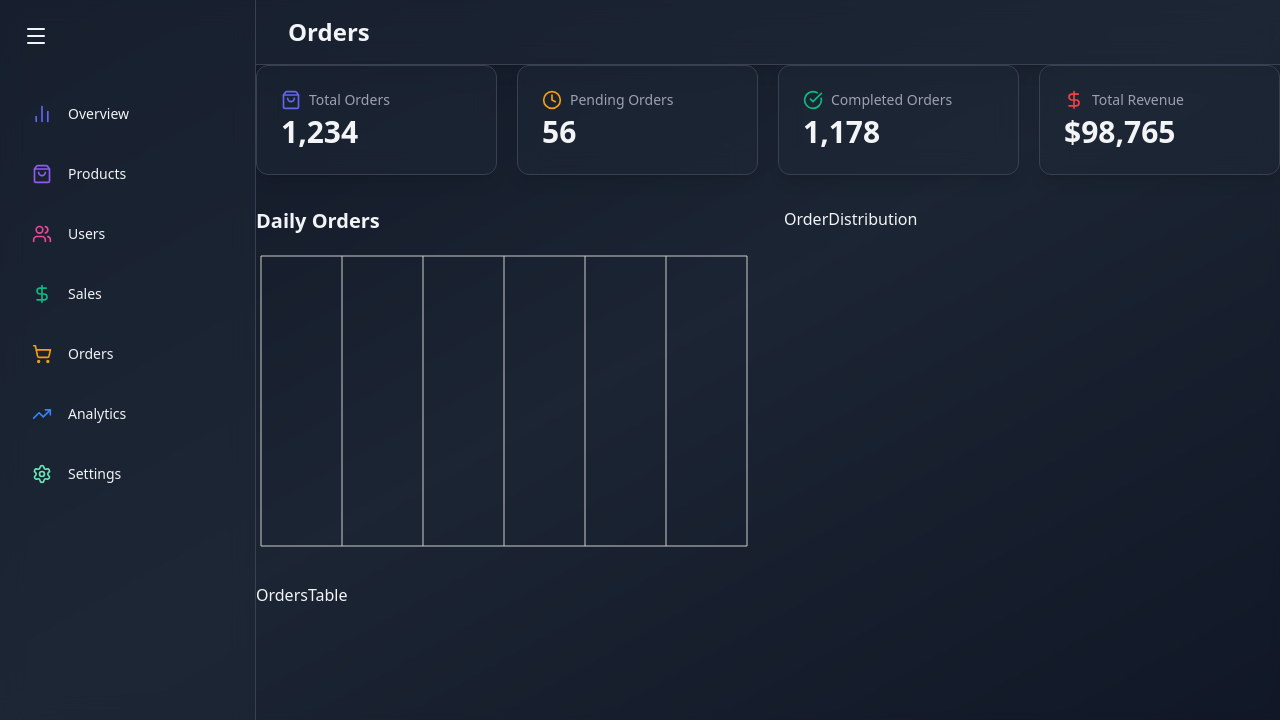
Repository: Abdirabi11/React-dashboard
Page: /orders
These files come from the project's save history. The page is drawn as it stood at one moment and after the next save; the edit follows.
The browser window is 1280 px wide. The pictures show the whole page.
The project was rebuilt for these pictures with package versions that can differ from the ones it lists, and the page was loaded fresh each time. Also part of the build but not shown: vite.config.js, src/components/overview/SalesOverviewChart.jsx, src/components/overview/CategoryDistributionChart.jsx, src/components/overview/SalesChannelChart.jsx, src/pages/OverviewPage.jsx, src/components/products/SalesTrendChart.jsx, src/components/products/ProductsTable.jsx, src/pages/ProductsPage.jsx and 11 more.

Above is the page before, as saved 2025-07-19 10:51:41.

### src/components/common/Sidebar.jsx
import { BarChart2, DollarSign, Menu, Settings, ShoppingBag, ShoppingCart, TrendingUp, Users } from "lucide-react";
import { useState } from "react";
import { AnimatePresence, motion } from "framer-motion";
import { Link } from "react-router-dom";

const SIDEBAR_ITEMS = [
	{
		name: "Overview",
		icon: BarChart2,
		color: "#6366f1",
		href: "/",
	},
	{ name: "Products", icon: ShoppingBag, color: "#8B5CF6", href: "/products" },
	{ name: "Users", icon: Users, color: "#EC4899", href: "/users" },
	{ name: "Sales", icon: DollarSign, color: "#10B981", href: "/sales" },
	{ name: "Orders", icon: ShoppingCart, color: "#F59E0B", href: "/orders" },
	{ name: "Analytics", icon: TrendingUp, color: "#3B82F6", href: "/analytics" },
	{ name: "Settings", icon: Settings, color: "#6EE7B7", href: "/settings" },
];

const Sidebar = () => {
	const [isSidebarOpen, setIsSidebarOpen] = useState(true);

	return (
		<motion.div
			className={`relative z-10 transition-all duration-300 ease-in-out flex-shrink-0 ${
				isSidebarOpen ? "w-64" : "w-20"
			}`}
			animate={{ width: isSidebarOpen ? 256 : 80 }}
		>
			<div className='h-full bg-gray-800 bg-opacity-50 backdrop-blur-md p-4 flex flex-col border-r border-gray-700'>
				<motion.button
					whileHover={{ scale: 1.1 }}
					whileTap={{ scale: 0.9 }}
					onClick={() => setIsSidebarOpen(!isSidebarOpen)}
					className='p-2 rounded-full hover:bg-gray-700 transition-colors max-w-fit'
				>
					<Menu size={24} />
				</motion.button>

				<nav className='mt-8 flex-grow'>
					{SIDEBAR_ITEMS.map((item) => (
						<Link key={item.href} to={item.href}>
							<motion.div className='flex items-center p-4 text-sm font-medium rounded-lg hover:bg-gray-700 transition-colors mb-2'>
								<item.icon size={20} style={{ color: item.color, minWidth: "20px" }} />
								<AnimatePresence>
									{isSidebarOpen && (
										<motion.span
											className='ml-4 whitespace-nowrap'
											initial={{ opacity: 0, width: 0 }}
											animate={{ opacity: 1, width: "auto" }}
											exit={{ opacity: 0, width: 0 }}
											transition={{ duration: 0.2, delay: 0.3 }}
										>
											{item.name}
										</motion.span>
									)}
								</AnimatePresence>
							</motion.div>
						</Link>
					))}
				</nav>
			</div>
		</motion.div>
	);
};
export default Sidebar;

### src/pages/OrdersPage.jsx
import { CheckCircle, Clock, DollarSign, ShoppingBag } from "lucide-react";
import { motion } from "framer-motion";

import Header from "../components/common/Header";
import StatCard from "../components/common/StatCard";
import DailyOrders from "../components/orders/DailyOrders";
import OrderDistribution from "../components/orders/OrderDistribution";
import OrdersTable from "../components/orders/OrdersTable";

const orderStats = {
	totalOrders: "1,234",
	pendingOrders: "56",
	completedOrders: "1,178",
	totalRevenue: "$98,765",
};

const OrdersPage = () => {
	return (
		<div className="flex-1 relative z-10 overflow-auto">
			<Header title={"Orders"}/>
			<main className="max-w-7xl mx-auto">
				<motion.div
				 className="grid grid-cols-1 gap-5 sm:grid-cols-2 lg:grid-cols-4 mb-8"
				 initial={{opacity:0, y:20}}
				 animate={{ opacity: 1, y: 0 }}
				 transition={{ duration: 1 }}
				>
					<StatCard name='Total Orders' icon={ShoppingBag} value={orderStats.totalOrders} color='#6366F1' />
					<StatCard name='Pending Orders' icon={Clock} value={orderStats.pendingOrders} color='#F59E0B' />
					<StatCard
						name='Completed Orders'
						icon={CheckCircle}
						value={orderStats.completedOrders}
						color='#10B981'
					/>
					<StatCard name='Total Revenue' icon={DollarSign} value={orderStats.totalRevenue} color='#EF4444' />
				</motion.div>
				<div className='grid grid-cols-1 lg:grid-cols-2 gap-8 mb-8'>
					<DailyOrders />
					<OrderDistribution />
				</div>
				<OrdersTable />
			</main>
		</div>
	);
};
export default OrdersPage;

### src/components/orders/DailyOrders.jsx
import {motion} from "framer-motion";
import { CartesianGrid, LineChart, ResponsiveContainer } from "recharts";

const dailyOrdersData = [
	{ date: "07/01", orders: 45 },
	{ date: "07/02", orders: 52 },
	{ date: "07/03", orders: 49 },
	{ date: "07/04", orders: 60 },
	{ date: "07/05", orders: 55 },
	{ date: "07/06", orders: 58 },
	{ date: "07/07", orders: 62 },
];

const DailyOrders = () => {
  return (
    <motion.div>
        <h2 className='text-xl font-semibold text-gray-100 mb-4'>Daily Orders</h2>
        <div style={{ width: "100%", height: 300 }}>
            <ResponsiveContainer>
                <LineChart data={dailyOrdersData}>
                    <CartesianGrid />
                </LineChart>
            </ResponsiveContainer>
        </div>
    </motion.div>
  )
}

export default DailyOrders

### src/components/orders/OrderDistribution.jsx
import React from 'react'

const OrderDistribution = () => {
  return (
    <div>OrderDistribution</div>
  )
}

export default OrderDistribution

### src/components/orders/OrdersTable.jsx
import React from 'react'

const OrdersTable = () => {
  return (
    <div>OrdersTable</div>
  )
}

export default OrdersTable

Loaded but not shown: index.html (common file); src/main.jsx (common file); src/App.jsx (common file); src/index.css (common file); src/components/common/Header.jsx (common file); src/components/common/StatCard.jsx (common file); tailwind.config.js (common file)

After the next save:
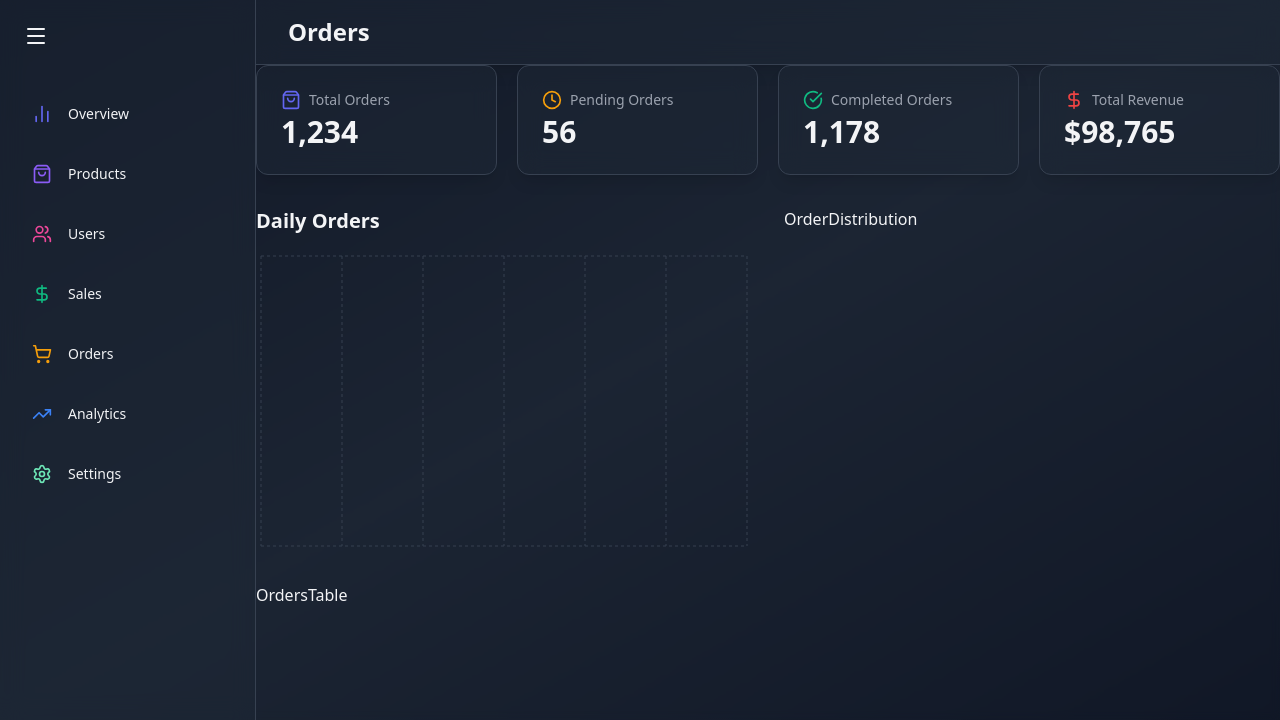
Saved 6 s later.
--- a/src/components/orders/DailyOrders.jsx
+++ b/src/components/orders/DailyOrders.jsx
@@ -18,7 +18,7 @@ const DailyOrders = () => {
         <div style={{ width: "100%", height: 300 }}>
             <ResponsiveContainer>
                 <LineChart data={dailyOrdersData}>
-                    <CartesianGrid />
+                    <CartesianGrid strokeDasharray='3 3' stroke='#374151'/>
                 </LineChart>
             </ResponsiveContainer>
         </div>
